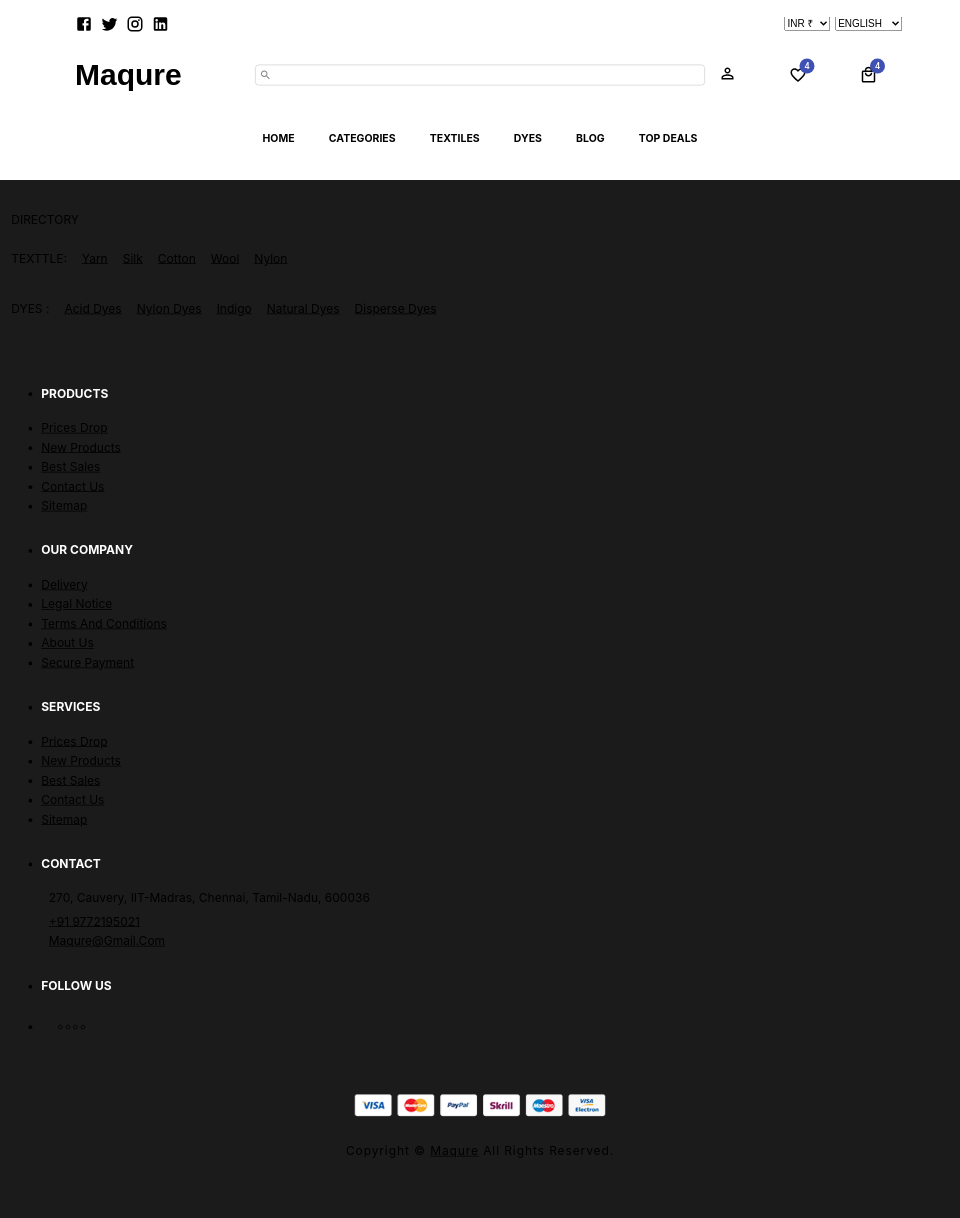
Repository: harshitsingh85420/Maqure
Page: /
These files come from the project's save history. The page is drawn as it stood at one moment and after a run of saves; the edit follows.
The browser window is 1280 px wide. The pictures show the whole page, at 75% of full size.
The project was rebuilt for these pictures with package versions that can differ from the ones it lists, and the page was loaded fresh each time.

Above is the page before, as saved 2022-05-26 02:54:58.

### src/pages/Home.jsx
import React from 'react'
import Footer from '../components/Footer'
import Header from '../components/Header'
import Header2 from '../components/Header2'
import Navbar from '../components/Navbar'

const Home = () => {
  return (
    <div>
        <Header/>
        <Header2/>
        <Navbar />
        <Footer/>
    </div>
    )
}

export default Home

### src/components/Footer.jsx
import React from 'react'
import './CSS/Footer.css';

function Footer() {
  return (
    <>
<div className="footer">
<div className="footer-category">

<div className="container">

  <h2 className="footer-category-title">Directory</h2>

  <div className="footer-category-box">

    <h3 className="category-box-title">Texttle:</h3>

    <a href="#" className="footer-category-link">Yarn</a>
    <a href="#" className="footer-category-link">Silk</a>
    <a href="#" className="footer-category-link">Cotton</a>
    <a href="#" className="footer-category-link">Wool</a>
    <a href="#" className="footer-category-link">Nylon</a>
  </div>

  <div className="footer-category-box">
    <h3 className="category-box-title">Dyes :</h3>

    <a href="#" className="footer-category-link">Acid Dyes</a>
    <a href="#" className="footer-category-link">Nylon Dyes</a>
    <a href="#" className="footer-category-link">Indigo</a>
    <a href="#" className="footer-category-link">Natural Dyes</a>
    <a href="#" className="footer-category-link">Disperse Dyes</a>
    <a href="#" className="footer-category-link"></a>
  </div>


</div>

</div>

<div className="footer-nav">

<div className="container">


  <ul className="footer-nav-list">

    <li className="footer-nav-item">
      <h2 className="nav-title">Products</h2>
    </li>

    <li className="footer-nav-item">
      <a href="#" className="footer-nav-link">Prices drop</a>
    </li>

    <li className="footer-nav-item">
      <a href="#" className="footer-nav-link">New products</a>
    </li>

    <li className="footer-nav-item">
      <a href="#" className="footer-nav-link">Best sales</a>
    </li>

    <li className="footer-nav-item">
      <a href="#" className="footer-nav-link">Contact us</a>
    </li>

    <li className="footer-nav-item">
      <a href="#" className="footer-nav-link">Sitemap</a>
    </li>

  </ul>

  <ul className="footer-nav-list">

    <li className="footer-nav-item">
      <h2 className="nav-title">Our Company</h2>
    </li>

    <li className="footer-nav-item">
      <a href="#" className="footer-nav-link">Delivery</a>
    </li>

    <li className="footer-nav-item">
      <a href="#" className="footer-nav-link">Legal Notice</a>
    </li>

    <li className="footer-nav-item">
      <a href="#" className="footer-nav-link">Terms and conditions</a>
    </li>

    <li className="footer-nav-item">
      <a href="#" className="footer-nav-link">About us</a>
    </li>

    <li className="footer-nav-item">
      <a href="#" className="footer-nav-link">Secure payment</a>
    </li>

  </ul>

  <ul className="footer-nav-list">

    <li className="footer-nav-item">
      <h2 className="nav-title">Services</h2>
    </li>

    <li className="footer-nav-item">
      <a href="#" className="footer-nav-link">Prices drop</a>
    </li>

    <li className="footer-nav-item">
      <a href="#" className="footer-nav-link">New products</a>
    </li>

    <li className="footer-nav-item">
      <a href="#" className="footer-nav-link">Best sales</a>
    </li>

    <li className="footer-nav-item">
      <a href="#" className="footer-nav-link">Contact us</a>
    </li>

    <li className="footer-nav-item">
      <a href="#" className="footer-nav-link">Sitemap</a>
    </li>

  </ul>

  <ul className="footer-nav-list">

    <li className="footer-nav-item">
      <h2 className="nav-title">Contact</h2>
    </li>

    <li className="footer-nav-item flex">
      <div className="icon-box">
        <ion-icon name="location-outline"></ion-icon>
      </div>

      <address className="content">
        270, Cauvery, IIT-Madras,
        Chennai, Tamil-Nadu,
        600036

      </address>
    </li>

    <li className="footer-nav-item flex">
      <div className="icon-box">
        <ion-icon name="call-outline"></ion-icon>
      </div>

      <a href="tel:+607936-8058" className="footer-nav-link">+91 9772195021</a>
    </li>

    <li className="footer-nav-item flex">
      <div className="icon-box">
        <ion-icon name="mail-outline"></ion-icon>
      </div>

      <a href="mailto:example@gmail.com" className="footer-nav-link">maqure@gmail.com</a>
    </li>

  </ul>

  <ul className="footer-nav-list">

    <li className="footer-nav-item">
      <h2 className="nav-title">Follow Us</h2>
    </li>

    <li>
      <ul className="social-link">

        <li className="footer-nav-item">
          <a href="#" className="footer-nav-link">
            <ion-icon name="logo-facebook"></ion-icon>
          </a>
        </li>

        <li className="footer-nav-item">
          <a href="#" className="footer-nav-link">
            <ion-icon name="logo-twitter"></ion-icon>
          </a>
        </li>

        <li className="footer-nav-item">
          <a href="#" className="footer-nav-link">
            <ion-icon name="logo-linkedin"></ion-icon>
          </a>
        </li>

        <li className="footer-nav-item">
          <a href="#" className="footer-nav-link">
            <ion-icon name="logo-instagram"></ion-icon>
          </a>
        </li>

      </ul>
    </li>

  </ul>

</div>

</div>

<div className="footer-bottom">

<div className="container">

  <img src="./assets/images/payment.png" alt="payment method" className="payment-img"/>

  <p className="copyright">
    Copyright &copy; <a href="#">Maqure</a> all rights reserved.
  </p>

</div>

</div>
</div>
    </>
  )
}

export default Footer

### src/components/Header.jsx
import React from 'react'
import styled from 'styled-components'
import { Twitter, Instagram, LinkedIn, Facebook } from '@material-ui/icons';

const Container = styled.div`

`;
const Wrapper = styled.div`
    padding: 20px 100px;
    display: flex;
    justify-content: space-between;
`;
const Left = styled.div`
    flex: 1;
    display: flex;
    align-items: center;
`;
const MenuItem = styled.div`
font-size: 14px;
cursor: pointer;
margin-right: 10px;
`;

const Center = styled.div`
    flex: 2;
`;
const Right = styled.div`
    flex: 1;
    display: flex;
  align-items: center;
  justify-content: flex-end;
`;
const Money = styled.div`
    width: 25%;
    height: 100%;
    align-items: center;
`;
const Language = styled.div`
   width: 25%;
   height: 100%;
   align-items: center;
`;

const Header = () => {

  return (
    <Container>
    <Wrapper>
        <Left>
        <MenuItem>
          <Facebook/>
        </MenuItem>
        <MenuItem>
          <Twitter />
        </MenuItem>
        <MenuItem>
          <Instagram />
        </MenuItem>
        <MenuItem>
          <LinkedIn />
        </MenuItem>
        </Left>
        <Center>
        </Center>
        <Right>
        <Money>
          <select>
          <option>INR ₹</option>
          <option>USD $</option>
          </select>
          </Money>
          <Language>
          <select><option>ENGLISH</option>
          <option>ESPAÑOL</option>
          <option>FRANÇAIS</option>
          </select>
          </Language>
        </Right>
    </Wrapper>
    </Container>
  )
}

export default Header

### src/components/Header2.jsx
import { Search, FavoriteBorderOutlined, PersonOutlineOutlined, LocalMallOutlined  } from '@material-ui/icons';
import { Badge } from "@material-ui/core";
import React from 'react';
import styled from 'styled-components';


const Container = styled.div`
height: 60px;
`;
const Wrapper = styled.div`
  padding: 10px 40px;
  display: flex;
  align-items: center;
  justify-content: space-between;
`;
const Left = styled.div`
  flex: 1;
  display: flex;
  align-items: center;
`;
const Logo = styled.div`
font-weight: bold;
font-size: 40px;
font-family: "Poppins", sans-serif;
display: flex;
cursor: pointer;
margin-left: 60px;
`;
const Center = styled.div`
  flex: 2;
  display: flex;
`;
const SearchContainer = styled.div`
  border: 0.5px solid lightgray;
  display: flex;
  align-items: center;
  padding: 5px;
  width: 100%;
  border-radius: 5px;
  &:hover{
    border-color: black;
  }
`;
const Input = styled.div`
  border: none;
`;
const Right = styled.div`
  flex: 1;
  display: flex;
  align-items: center;
  justify-content: flex-end;
`;
const MenuItem = styled.div`
font-size: 14px;
cursor: pointer;
margin-right: 70px;
height: 100%;
`;

const Header2 = () => {
  return (
    <Container>
    <Wrapper>
        <Left><Logo>Maqure</Logo></Left>
        <Center>
          <SearchContainer>
          <Input placeholder="Search..." />
          <Search style={{ color: "gray", fontSize: 16 }}/>
          </SearchContainer>
        </Center>
        <Right>
          <MenuItem>
            <PersonOutlineOutlined />
          </MenuItem>
          <MenuItem>
            <Badge badgeContent={4} color="primary">
            <FavoriteBorderOutlined />
            </Badge>
          </MenuItem>
          <MenuItem>
            <Badge badgeContent={4} color="primary">
            <LocalMallOutlined/>
            </Badge>
          </MenuItem>
        </Right>
    </Wrapper>
    </Container>
  )
}

export default Header2

### src/components/Navbar.jsx
import React from 'react'
import styled from 'styled-components'

const Container = styled.div`
`;
const Wrapper = styled.div`
  padding: 30px 40px;
  display: flex;
  align-items: center;
  justify-content: space-between;
  margin-left: 300px;
  margin-right: 300px;
  list-style: none;
display: flex;
a {
  padding: 18px 10px;
  color: black;
  &:hover {
      color: red;
  }
  font-size: 14px;
  font-weight: bold;
  text-decoration: none;
}
`;

const Navbar = () => {
  return (
    <Container>
        <Wrapper>
      <a href="google.com">HOME</a>
      <a href="google.com">CATEGORIES</a>
      <a href="google.com">TEXTILES</a>
      <a href="google.com">DYES</a>
      <a href="google.com">BLOG</a>
      <a href="google.com">TOP DEALS</a>
        </Wrapper>
    </Container>
  )
}

export default Navbar

### src/components/CSS/Footer.css

.container { padding: 0 15px; }

/*-----------------------------------*\
  #FOOTER
\*-----------------------------------*/

.footer {
    background: #1b1b1b;
    padding: 30px 0;
  }

  .footer-category {
    margin-bottom: 30px;
    padding-bottom: 15px;
    border-bottom: 1px solid var(--onyx);
  }

  .footer-category-title {
    color: var(--salmon-pink);
    font-size: var(--fs-6);
    font-weight: var(--weight-600);
    text-transform: uppercase;
    margin-bottom: 15px;
  }

  .footer-category-box {
    display: -webkit-box;
  display: -webkit-flex;
  display: -ms-flexbox;
  display: flex;
  -webkit-flex-wrap: wrap;
      -ms-flex-wrap: wrap;
          flex-wrap: wrap;
  -webkit-box-pack: start;
  -webkit-justify-content: flex-start;
      -ms-flex-pack: start;
          justify-content: flex-start;
  -webkit-box-align: center;
  -webkit-align-items: center;
      -ms-flex-align: center;
          align-items: center;
  -webkit-column-gap: 20px;
     -moz-column-gap: 20px;
          column-gap: 20px;
  row-gap: 3px;
  margin-bottom: 15px;
  }

  .category-box-title {
    color: var(--spanish-gray);
    font-size: var(--fs-8);
    font-weight: var(--weight-600);
    text-transform: uppercase;
  }

  .footer-category-link {
    position: relative;
    color: var(--sonic-silver);
    font-size: var(--fs-7);
    text-transform: capitalize;
    transition: var(--transition-timing);
  }

  .footer-category-link:hover { color: var(--spanish-gray); }

  .footer-category-link:not(:last-child)::after {
    position: absolute;
    content: '';
    top: 3px;
    right: -10px;
    background: var(--sonic-silver);
    width: 1px;
    height: 15px;
  }


  /**
   * footer nav
   */


.footer-nav {
    border-bottom: 1px solid var(--onyx);
    padding-bottom: 30px;
    margin-bottom: 30px;
  }

  .footer-nav-list:not(:last-child) { margin-bottom: 20px; }

  .footer-nav .nav-title {
    position: relative;
    color: white;
    font-size: var(--fs-7);
    text-transform: uppercase;
    margin-bottom: 15px;
    padding-bottom: 5px;
  }

  .footer-nav .nav-title::before {
    content: '';
    position: absolute;
    bottom: 0;
    left: 0;
    background: var(--salmon-pink);
    width: 60px;
    height: 1px;
  }

  .footer-nav-item { padding: 3px 0; }

  .footer-nav-link,
  .footer-nav-item .content {
    width: -webkit-max-content;
    width: -moz-max-content;
    width: max-content;
    color: var(--sonic-silver);
    font-size: var(--fs-7);
    text-transform: capitalize;
    -webkit-transition: var(--transition-timing);
    -o-transition: var(--transition-timing);
    transition: var(--transition-timing);
  }

  .footer-nav-link:hover { color: var(--salmon-pink); }

  .footer-nav-item.flex {
    display: -webkit-box;
    display: -webkit-flex;
    display: -ms-flexbox;
    display: flex;
    -webkit-box-align: start;
    -webkit-align-items: flex-start;
        -ms-flex-align: start;
            align-items: flex-start;
    gap: 10px;
  }

  .footer-nav-item .content {
    font-style: normal;
    margin-bottom: 5px;
  }

  .footer-nav-item .icon-box {
    color: var(--sonic-silver);
    font-size: 25px;
  }

  .footer-nav-item .icon-box ion-icon { --ionicon-stroke-width: 30px; }

  .footer-nav .social-link {
    display: -webkit-box;
    display: -webkit-flex;
    display: -ms-flexbox;
    display: flex;
    -webkit-box-pack: start;
    -webkit-justify-content: flex-start;
        -ms-flex-pack: start;
            justify-content: flex-start;
    -webkit-box-align: center;
    -webkit-align-items: center;
        -ms-flex-align: center;
            align-items: center;
    gap: 10px;
  }

  .social-link .footer-nav-link { font-size: 25px; }

  .footer-bottom {
    margin-bottom: 50px;
    text-align: center;
  }

  .payment-img {
    max-width: 335px;
    width: 100%;
    margin: auto;
    margin-bottom: 15px;
  }

  .copyright {
    color: var(--sonic-silver);
    font-size: var(--fs-8);
    font-weight: var(--weight-500);
    text-transform: capitalize;
    letter-spacing: 1.2px;
  }

  .copyright a {
    display: inline;
    color: inherit;
  }

Loaded but not shown: public/index.html (common file); src/index.js (common file); src/index.css (common file); src/App.js (common file); src/reportWebVitals.js (common file)

After the next 6 saves:
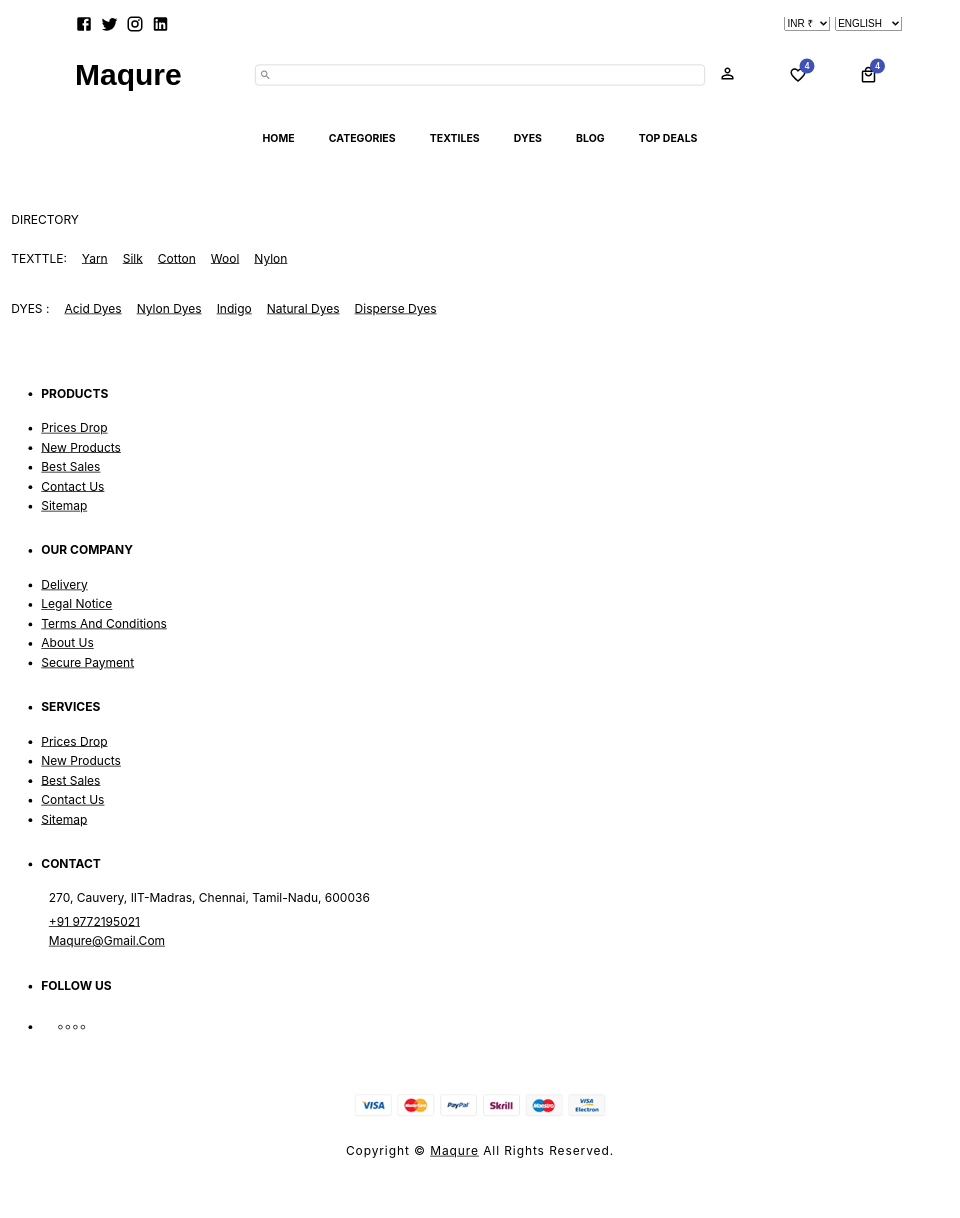
The 6 saves are shown as one change because they came seconds apart.
The last was saved 9 min 16 s later.
--- a/src/components/CSS/Footer.css
+++ b/src/components/CSS/Footer.css
@@ -6,7 +6,7 @@
 \*-----------------------------------*/
 
 .footer {
-    background: #1b1b1b;
+    background: var(--eerie-black);
     padding: 30px 0;
   }
 
@@ -90,7 +90,7 @@
 
   .footer-nav .nav-title {
     position: relative;
-    color: white;
+    color: var(--white);
     font-size: var(--fs-7);
     text-transform: uppercase;
     margin-bottom: 15px;
